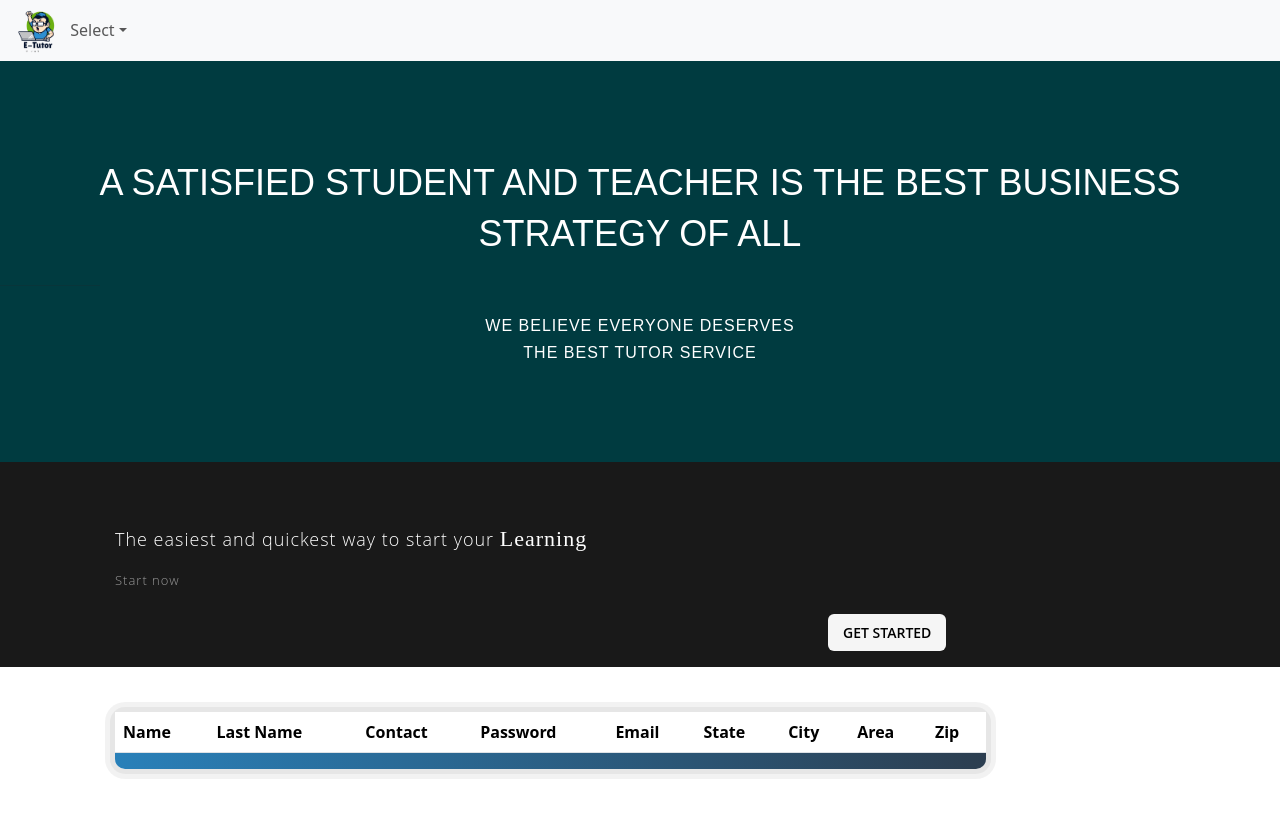
Repository: shailesh89-art/E-tutor-springboot-hibernate
Page: http://localhost/TUTOR_INVENTOR_1/pages/parent_Admin_edit.jsp
The author's editor kept a copy of each file at every save. The page is drawn from the files as they stood at one save, then again after the next save.
The browser window is 1280 px wide. The pictures show the whole page.
Some web libraries are served in a nearby version. The page is served by Tomcat 9. Other server files are loaded and not shown. The template is opened directly, without the code that normally fills it, so the values that code supplies are empty.

Above is the page before, as saved 2023-05-03 14:10:04.

### TUTOR_INVENTOR_1/src/main/webapp/pages/parent_Admin_edit.jsp
<%@ taglib uri="http://www.springframework.org/tags/form" prefix="form"%> <%@ taglib uri="http://java.sun.com/jsp/jstl/core" prefix="c"%>
<!doctype html>
<html lang="en">
  <head>
    <!-- Required meta tags -->
    <meta charset="utf-8">
    <meta name="viewport" content="width=device-width, initial-scale=1, shrink-to-fit=no">

    <!-- Bootstrap CSS -->
      <link href="https://cdn.jsdelivr.net/npm/bootstrap@5.3.0-alpha1/dist/css/bootstrap.min.css" rel="stylesheet" integrity="sha384-GLhlTQ8iRABdZLl6O3oVMWSktQOp6b7In1Zl3/Jr59b6EGGoI1aFkw7cmDA6j6gD" crossorigin="anonymous">
    <script src="https://cdn.jsdelivr.net/npm/bootstrap@5.3.0-alpha1/dist/js/bootstrap.bundle.min.js" integrity="sha384-w76AqPfDkMBDXo30jS1Sgez6pr3x5MlQ1ZAGC+nuZB+EYdgRZgiwxhTBTkF7CXvN" crossorigin="anonymous"></script>
    <link rel="stylesheet" href="https://cdnjs.cloudflare.com/ajax/libs/font-awesome/4.7.0/css/font-awesome.min.css">
    <link rel="icon" type="image/x-icon" href="Assets/imgs/Screenshot_(160)-transformed (1)-fotor-bg-remover-20230423203452.png" >
      <title>Parent Admin</title>
    <style>




     .banner {

            background-size: cover;
            background-repeat: no-repeat;
            background-position: center center;
            width: 100%;
            height: 100%;
              background-color: #00838F;
        }

        .banner .opacity_overlay {
            height: 100%;
            width: 100%;
            background: rgba(0, 0, 0, 0.55);
            padding-top: 100px;
        }

        .banner .opacity_overlay .info {
            text-align: center;
            font-family: 'Montserrat', sans-serif;
        }

        .banner .opacity_overlay .info h2 {
            color: #fff;
            text-transform: uppercase;
            font-size: 36px;
        }

        .banner .opacity_overlay .info hr {
            width: 100px;
            margin-top: 30px;
            margin-bottom: 30px;
        }

        .banner .opacity_overlay .info h3 {
            color: #fff;
            text-transform: uppercase;
            font-size: 16px;
            letter-spacing: 1px;
        }

        .banner .opacity_overlay .secondary_layer {
            background: #191919;
            margin-top: 100px;
            padding-top: 15px;
            padding-bottom: 15px;
            font-family: "Open Sans", Arial, sans-serif;
        }

        .banner .opacity_overlay .secondary_layer .msg {
            font-size: 18px;
            color: #fff;
            font-weight: 300;
            letter-spacing: 1px;
        }

        .banner .opacity_overlay .secondary_layer .msg span {
            font-family: "Shadows Into Light", cursive;
            font-size: 22px;
        }

        .banner .opacity_overlay .secondary_layer .quote {
            font-size: 13px;
            color: #999;
            font-weight: 300;
            letter-spacing: 1px;
        }

        .banner .opacity_overlay .secondary_layer .btn {
            text-decoration: none;
            color: #000;
        }

        .banner .opacity_overlay .secondary_layer .btn button {
            background: #F5F5F5;
            border: none;
            border-radius: 6px;
            padding: 8px 15px;
            text-transform: uppercase;
            font-weight: 600;
            font-size: 14px;
            outline: none;
            transition: background-color 0.2s ease;
        }

        .banner .opacity_overlay .secondary_layer .btn button:hover {
            background: #000;
            color: #fff;
        }

        /* Font size change on browser resize */

        @media screen and (max-width: 991px) {
        .banner .opacity_overlay .info h2 {
            font-size: 30px;
        }
        }

        @media screen and (max-width: 768px) {
        .banner .opacity_overlay .info h2 {
            font-size: 26px;
        }
        }

        @media screen and (max-width: 631px) {
        .banner .opacity_overlay .info h2 {
            font-size: 22px;
        }
        }

        @media screen and (max-width: 534px) {
        .banner .opacity_overlay .info h2 {
            font-size: 20px;
        }
        }

        @media screen and (max-width: 991px) {
        .banner .opacity_overlay .info h3 {
            font-size: 12px;
        }
        }

        @media screen and (max-width: 534px) {
        .banner .opacity_overlay .info h3 {
            font-size: 10px;
        }
        }

        @media screen and (max-width: 768px) {
        .banner .opacity_overlay .secondary_layer .msg {
            font-size: 16px;
        }
        }

        @media screen and (max-width: 534px) {
        .banner .opacity_overlay .secondary_layer .msg {
            font-size: 13px;
        }
        }

        @media screen and (max-width: 768px) {
        .banner .opacity_overlay .secondary_layer .msg span {
            font-size: 18px;
        }
        }

        @media screen and (max-width: 534px) {
        .banner .opacity_overlay .secondary_layer .msg span {
            font-size: 16px;
        }
        }
        /*search button*/




        .advanced{

            text-decoration: none;
            font-size: 15px;
            font-weight: 500;
        }


        .btn-secondary,
        .btn-secondary:focus,
        .btn-secondary:active


         {
            color: #fff;
            background-color: #00838f !important;
            border-color: #00838f !important;
            box-shadow: none;
        }


        .advanced{

            color: #00838f !important;
        }






 .demo{ font-family: 'Noto Sans', sans-serif; }
.panel{
    background: linear-gradient(to right, #2980b9, #2c3e50);
    padding: 0;
    border-radius: 10px;
    border: none;
    box-shadow: 0 0 0 5px rgba(0,0,0,0.05),0 0 0 10px rgba(0,0,0,0.05);
}
.panel .panel-heading{
    padding: 20px 15px;
    border-radius: 10px 10px 0 0;
    margin: 0;
}
.panel .panel-heading .title{
    color: #fff;
    font-size: 28px;
    font-weight: 500;
    text-transform: capitalize;
    line-height: 40px;
    margin: 0;
}
.panel .panel-heading .btn{
    color: rgba(255,255,255,0.5);
    background: transparent;
    font-size: 16px;
    text-transform: capitalize;
    border: 2px solid #fff;
    border-radius: 50px;
    transition: all 0.3s ease 0s;
}
.panel .panel-heading .btn:hover{
    color: #fff;
    text-shadow: 3px 3px rgba(255,255,255,0.2);
}
.panel .panel-heading .form-control{
    color: #fff;
    background-color: transparent;
    width: 35%;
    height: 40px;
    border: 2px solid #fff;
    border-radius: 20px;
    display: inline-block;
    transition: all 0.3s ease 0s;
}
.panel .panel-heading .form-control:focus{
    background-color: rgba(255,255,255,0.2);
    box-shadow: none;
    outline: none;
}
.panel .panel-heading .form-control::placeholder{
    color: rgba(255,255,255,0.5);
    font-size: 15px;
    font-weight: 500;
}
.panel .panel-body{ padding: 0; }
.panel .panel-body .table thead tr th{
    color: #fff;
    background-color: rgba(255, 255, 255, 0.2);
    font-size: 16px;
    font-weight: 500;
    text-transform: uppercase;
    padding: 12px;
    border: none;
}
.panel .panel-body .table tbody tr td{
    color: #fff;
    font-size: 15px;
    padding: 10px 12px;
    vertical-align: middle;
    border: none;
}
.panel .panel-body .table tbody tr:nth-child(even){ background-color: rgba(255,255,255,0.05); }
.panel .panel-body .table tbody .action-list{
    padding: 0;
    margin: 0;
    list-style: none;
}
.panel .panel-body .table tbody .action-list li{
    display: inline-block;
    margin: 0 5px;
}
.panel .panel-body .table tbody .action-list li a{
    color: #fff;
    font-size: 15px;
    position: relative;
    z-index: 1;
    transition: all 0.3s ease 0s;
}
.panel .panel-body .table tbody .action-list li a:hover{ text-shadow: 3px 3px 0 rgba(255,255,255,0.3); }
.panel .panel-body .table tbody .action-list li a:before,
.panel .panel-body .table tbody .action-list li a:after{
    content: attr(data-tip);
    color: #fff;
    background-color: #111;
    font-size: 12px;
    padding: 5px 7px;
    border-radius: 4px;
    text-transform: capitalize;
    display: none;
    transform: translateX(-50%);
    position: absolute;
    left: 50%;
    top: -32px;
    transition: all 0.3s ease 0s;
}
.panel .panel-body .table tbody .action-list li a:after{
    content: '';
    height: 15px;
    width: 15px;
    padding: 0;
    border-radius: 0;
    transform: translateX(-50%) rotate(45deg);
    top: -18px;
    z-index: -1;
}
.panel .panel-body .table tbody .action-list li a:hover:before,
.panel .panel-body .table tbody .action-list li a:hover:after{
    display: block;
}
.panel .panel-footer{
    color: #fff;
    background-color: transparent;
    padding: 15px;
    border: none;
}
.panel .panel-footer .col{ line-height: 35px; }
.pagination{ margin: 0; }
.pagination li a{
    color: #fff;
    background-color: transparent;
    border: 2px solid transparent;
    font-size: 18px;
    font-weight: 500;
    text-align: center;
    line-height: 31px;
    width: 35px;
    height: 35px;
    padding: 0;
    margin: 0 3px;
    border-radius: 50px;
    transition: all 0.3s ease 0s;
}
.pagination li a:hover{
    color: #fff;
    background-color: transparent;
    border-color: rgba(255,255,255,0.2);
}
.pagination li a:focus,
.pagination li.active a,
.pagination li.active a:hover{
    color: #fff;
    background-color: transparent;
    border-color: #fff;
}
.pagination li:first-child a,
.pagination li:last-child a{
    border-radius: 50%;
}
.container{

    padding-left: 20px;
    padding:45px;
}
 #logo{
        width: 4%;
      }
@media only screen and (max-width:767px){
    .panel .panel-heading .title{
        text-align: center;
        margin: 0 0 10px;
    }
    .panel .panel-heading .btn_group{ text-align: center; }
    .container{

        padding: 45px;
    }
     #logo{
        width: 19%;
      }
}







   }
    </style>
  </head>
  <body>
  <nav class="navbar navbar-expand-lg navbar-light bg-light">
        <div class="container-fluid">
           <img  id="logo" src="Assets/imgs/Screenshot_(160)-transformed (1)-fotor-bg-remover-20230423203452.png" alt="">
          <button class="navbar-toggler" type="button" data-bs-toggle="collapse" data-bs-target="#navbarColor03" aria-controls="navbarColor03" aria-expanded="false" aria-label="Toggle navigation">
            <span class="navbar-toggler-icon"></span>
          </button>
          <div class="collapse navbar-collapse" id="navbarColor03">
            <ul class="navbar-nav me-auto">

              <li class="nav-item dropdown">
                <a class="nav-link dropdown-toggle" data-bs-toggle="dropdown" href="#" role="button" aria-haspopup="true" aria-expanded="false">Select</a>
                <div class="dropdown-menu">
                  <a class="dropdown-item" href="ebook_list">book</a>

                  <a class="dropdown-item" href="/parentlogout">Log Out</a>
                  </div>
              </li>

            </ul>
          </div>
        </div>
      </nav>
      <div class="banner">
    	<div class="opacity_overlay">
    		<div class="info">
    			<h2>A satisfied Student and Teacher is the best business</h2>
    			<h2>strategy of all</h2>
    			<hr>
    			<h3>We believe everyone deserves</h3>
    			<h3>The best tutor service</h3>
    		</div>

    		<div class="secondary_layer">
    			<div class="container">
    				<div class="col-md-8 col-sm-6">
    					<p class="msg">The easiest and quickest way to start your <span>Learning</span></p>
    					<p class="quote">Start now</p>
    				</div>
    				<div class="col-md-4 col-sm-6 pull-right">
    					<a href="ebook_list" class="btn" ><button type="submit">Get Started</button></a>

    				</div>
    			</div>
    		</div>

    	</div>
    </div>

   <div class="container">

    <div class="row">
        <div class="col-md-offset-1 col-md-10">
            <div class="panel">

                <div class="panel-body table-responsive">
<table class="table">
<tr>
<th>Name</th>
<th>Last Name</th>
<th>Contact</th>
<th>Password</th>
<th>Email</th>
<th>State</th>
<th>City</th>
<th>Area</th>
<th>Zip</th>
</tr>
<c:forEach  items="${parent}" var="e">
<tr>

<td>${e.fname}</td>
<td>${e.lname}</td>
<td>${e.contact}</td>
<td>${e.pass}</td>
<td>${e.email}</td>
<td>${e.state}</td>
<td>${e.city}</td>
<td>${e.area}</td>
<td>${e.zip}</td>
<td>

  <a href="edit_parent?id=${e.id}"><i class='fa fa-edit' style="color:blue"></i></a> |
          <a href="delete_parentfirst?id=${e.id}"><i class="fa fa-trash" style="color:blue"></i></a>
        </td>
</tr>
</c:forEach>
</table>
</div>
</div>
</div>
</div>
</div>

 <script src="https://code.jquery.com/jquery-3.2.1.slim.min.js" integrity="sha384-KJ3o2DKtIkvYIK3UENzmM7KCkRr/rE9/Qpg6aAZGJwFDMVNA/GpGFF93hXpG5KkN" crossorigin="anonymous"></script>
    <script src="https://cdn.jsdelivr.net/npm/popper.js@1.12.9/dist/umd/popper.min.js" integrity="sha384-ApNbgh9B+Y1QKtv3Rn7W3mgPxhU9K/ScQsAP7hUibX39j7fakFPskvXusvfa0b4Q" crossorigin="anonymous"></script>
    <script src="https://cdn.jsdelivr.net/npm/bootstrap@4.0.0/dist/js/bootstrap.min.js" integrity="sha384-JZR6Spejh4U02d8jOt6vLEHfe/JQGiRRSQQxSfFWpi1MquVdAyjUar5+76PVCmYl" crossorigin="anonymous"></script>
</body>

After the next save:
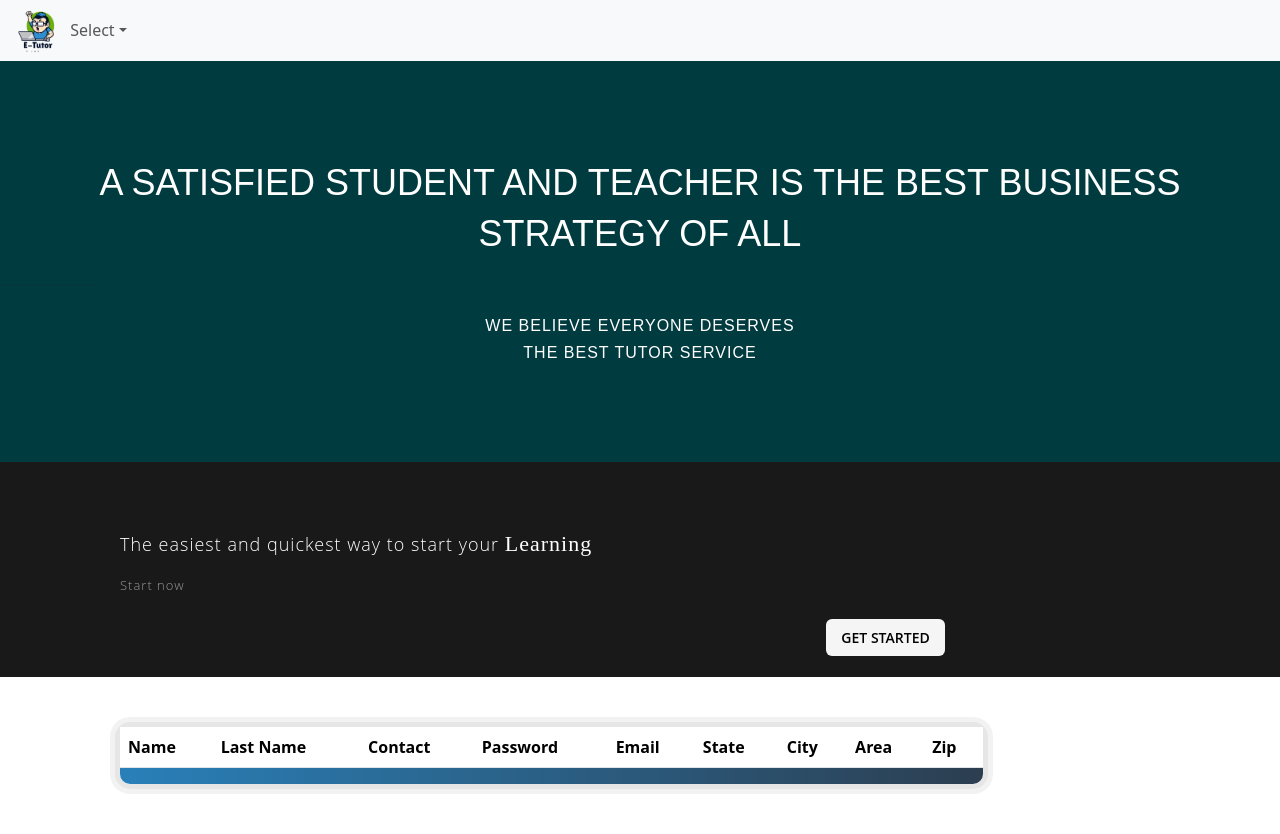
Saved 10 s later.
--- a/TUTOR_INVENTOR_1/src/main/webapp/pages/parent_Admin_edit.jsp
+++ b/TUTOR_INVENTOR_1/src/main/webapp/pages/parent_Admin_edit.jsp
@@ -365,7 +365,7 @@
 .container{
 
     padding-left: 20px;
-    padding:45px;
+    padding:50px;
 }
  #logo{
         width: 4%;
